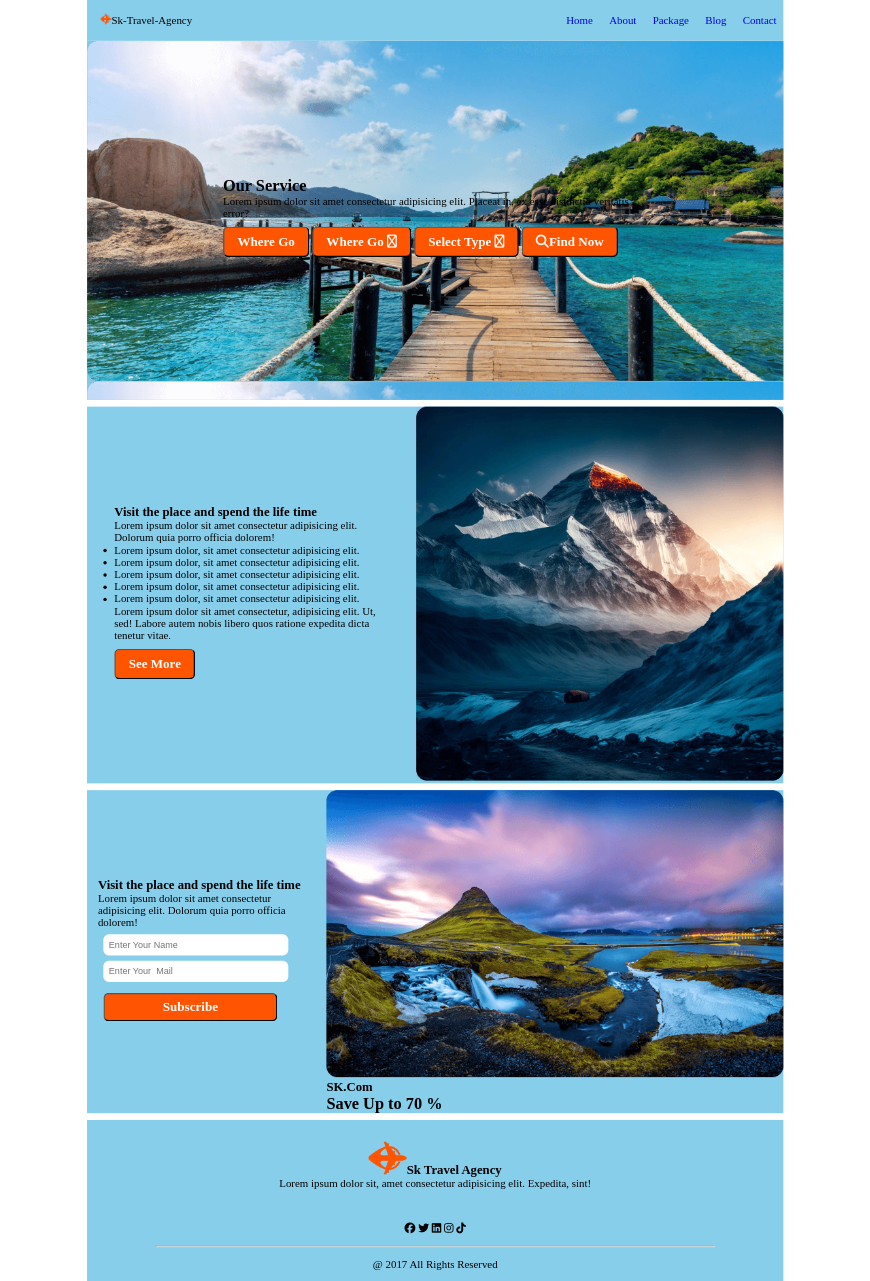
Repository: sumonkumarsarkar/Sk-Travel-Agency-
Page: index.html
These files come from the project's save history. The page is drawn as it stood at one moment and after the next save; the edit follows.
The browser window is 1280 px wide. The pictures show the whole page, at 68% of full size.

Above is the page before, as saved 2024-01-17 06:20:59.

### index.html
<!DOCTYPE html>
<html lang="en">
<head>
    <meta charset="UTF-8">
    <meta name="viewport" content="width=device-width, initial-scale=1.0">
    <title>Sk-Travel-Agency</title>
    <link rel="stylesheet" href="./style.css">

    <link rel="stylesheet" href="https://cdnjs.cloudflare.com/ajax/libs/font-awesome/6.5.1/css/all.min.css" integrity="sha512-DTOQO9RWCH3ppGqcWaEA1BIZOC6xxalwEsw9c2QQeAIftl+Vegovlnee1c9QX4TctnWMn13TZye+giMm8e2LwA==" crossorigin="anonymous" referrerpolicy="no-referrer" />
</head>
<body>
    <header>
         <div class="container">
            <nav>
                <div class="icon-header">
                    <p> <span><img src="./Images/Group 40071 (2).png" alt=""></span>Sk-Travel-Agency</p>
                </div>
                <div class="menu-header">
                    <ul>
                        <li><a href="#">Home</a></li>
                        <li><a href="#">About</a></li>
                        <li><a href="#">Package</a></li>
                        <li><a href="#">Blog</a></li>
                        <li><a href="#">Contact</a></li>
                    </ul>
                </div>
            </nav>
         </div>


<div class="container">
    <div class="banner-section">
        <h2>Our Service</h2>
        <p>Lorem ipsum dolor sit amet consectetur adipisicing elit. Placeat in, ex esse distinctio veritatis error?</p>
        <div class="banner-botton">
            <button type="button">Where Go</button>
            <button type="button">Where Go <span><i class="fa-regular fa-angle-down"></i></span></button>
            <button type="button">Select Type <span><i class="fa-regular fa-angle-down"></i></span></button>
            <button type="button"> <span><i class="fa-solid fa-magnifying-glass"></i></span>Find Now</button>
           </div>
       </div>

</div>

    </header>



    <main>

        <!-- place part start  -->

<div class="container">
    <div class="container-item">
        <div class="text-item">
         <h3>Visit the place and spend the life time</h3>
         <p>Lorem ipsum dolor sit amet consectetur adipisicing elit. Dolorum quia porro officia dolorem!</p>
         <ul>
            <li><p>Lorem ipsum dolor, sit amet consectetur adipisicing elit.</p></li>
            <li><p>Lorem ipsum dolor, sit amet consectetur adipisicing elit.</p></li>
            <li><p>Lorem ipsum dolor, sit amet consectetur adipisicing elit.</p></li>
            <li><p>Lorem ipsum dolor, sit amet consectetur adipisicing elit.</p></li>
            <li><p>Lorem ipsum dolor, sit amet consectetur adipisicing elit.</p></li>
         </ul>
         <p>Lorem ipsum dolor sit amet consectetur, adipisicing elit. Ut, sed! Labore autem nobis libero quos ratione expedita dicta tenetur vitae.</p>
         <button type="button">See More</button>
        </div>
        <div class="container-img-item">
            <img src="./Images/Rectangle 4.png" alt="">
        </div>
    </div>
</div>


 <!-- place part end  -->


 <div class="container">
    <div class="container-item">
        <div class="text-form">
         <h3>Visit the place and spend the life time</h3>
         <p>Lorem ipsum dolor sit amet consectetur adipisicing elit. Dolorum quia porro officia dolorem!</p>

         <form>
            <input type="text" placeholder="Enter Your Name">
            <input type="text" placeholder="Enter Your  Mail">
         </form>
         <button type="button">Subscribe</button>
        </div>
        <div class="container-img-item">
            <img src="./Images/Rectangle 8 (1).png" alt="">
            <h3>SK.Com</h3>
            <h2>Save Up to 70 %</h2>
        </div>
    </div>
</div>



<!-- form part start  -->




<!-- form part end  -->


    </main>









        <footer>
            <div class="container">

                    <div class="nornal-text">
                           <h3> <span><img src="./Images/Group 40071 (2).png" alt=""></span>Sk Travel Agency</h3>
                            <p>Lorem ipsum dolor sit, amet consectetur adipisicing elit. Expedita, sint!</p>
                    </div>

                <div class="icon-img">
                    <i class="fa-brands fa-facebook"></i>
                    <i class="fa-brands fa-twitter"></i>
                    <i class="fa-brands fa-linkedin"></i>
                    <i class="fa-brands fa-instagram"></i>
                    <i class="fa-brands fa-tiktok"></i>
                </div>

                <hr>

               <div class="last-text">
                 <p>@ 2017 All Rights Reserved</p>

               </div>


         </footer>





</body>
</html>

### style.css
*{
    margin: 0;
    padding: 0;
}



 /* main place part start  */
.container-item{
    display: flex;
    justify-content:space-around;
    align-items: center;
    margin: 10px auto;
}

.container-item .text-item{
    padding: 40px;
}

button{
color: #FFF;
text-align: center;
font-family: Mulish;
font-size: 1.2rem;
font-style: normal;
font-weight: 800;
padding: .6rem 1.2rem;
border-radius:.5rem;
background: #FF5400;
margin: 10px auto;

}



/* form part start  */

.text-form  form input{
    display: block;
    padding:.5rem;
    width: 80%;
    margin:.5rem;
    border: none;
    border-radius: .5rem;
}
.text-form{

    padding:.5rem;
    width: 80%;
    margin:.5rem;
}
.text-form button{

    padding:.5rem;
    width: 80%;
    margin:.5rem;
}



/* form part end  */




 /* main place part end */

/* header menu bar start  */




nav{
    display: flex;
    justify-content: space-between;
    align-items: center;
}
.icon-header{
    align-items: center;
    padding:20px;
}
.icon-header img{
    width: 1rem;
    height: 1rem;
}
.menu-header ul{
    list-style: none;

}
.menu-header ul li{
   display: inline-block;
   padding: 10px 10px;

}
.menu-header ul li a{
    text-decoration: none;
}

.banner-section{
    background-image: url("./Images/Group 13 (1) (1).png");

}
.banner-section{

    padding: 200px 200px;


}

/* header menu bar end  */


/* footer section start  */
.container{
 background: skyblue;
 margin: 1rem auto;
}
.container .nornal-text{
text-align: center;
padding: 2rem 2rem;


}.container .icon-img{
text-align: center;
padding: 1rem 2rem;


}
.container .last-text{
text-align: center;
padding: 1rem 2rem;


}
.container, hr{

width: 80%;
margin: 0 auto;


}



/* footer section end  */

After the next save:
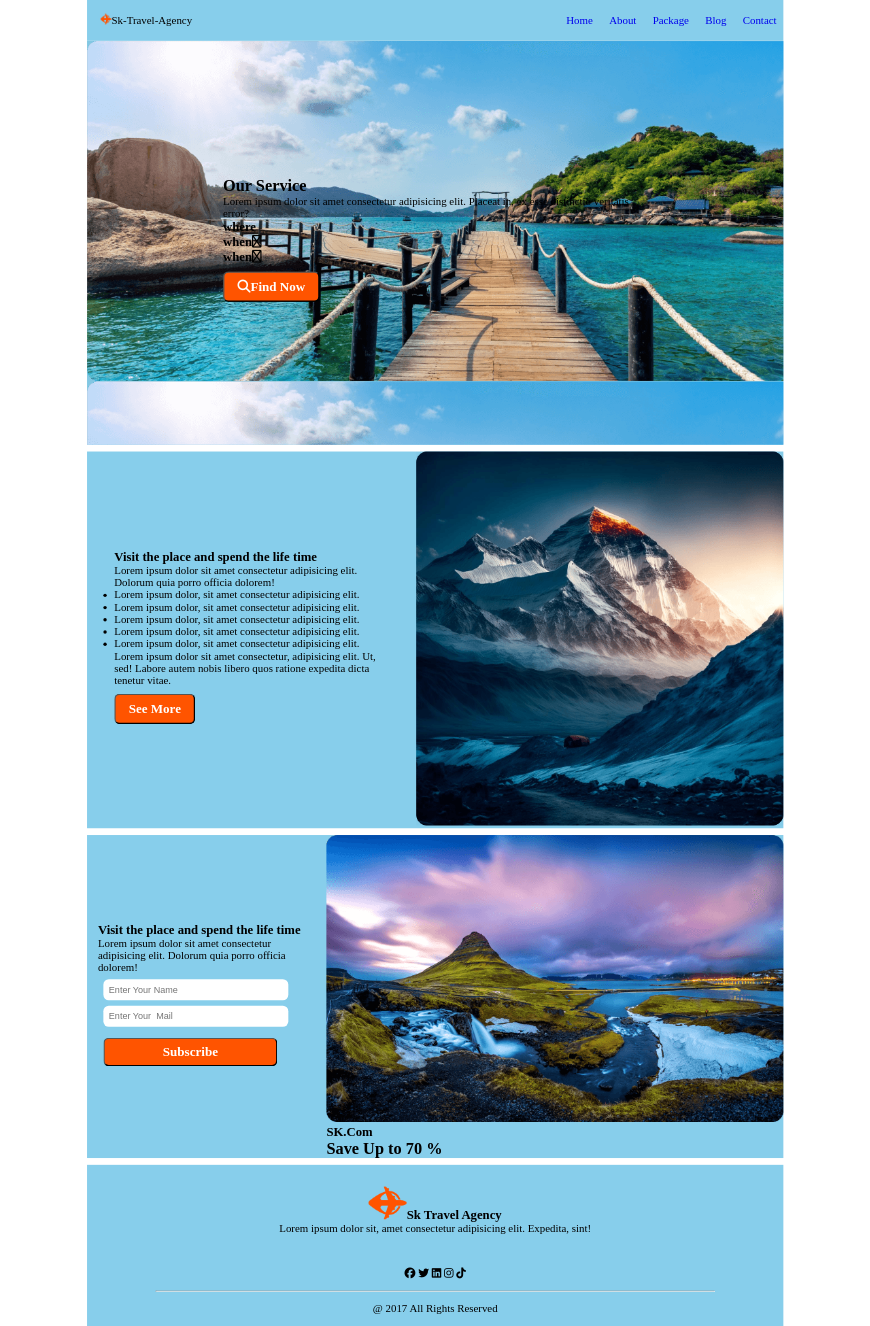
Saved 108 s later.
--- a/index.html
+++ b/index.html
@@ -33,9 +33,10 @@
         <h2>Our Service</h2>
         <p>Lorem ipsum dolor sit amet consectetur adipisicing elit. Placeat in, ex esse distinctio veritatis error?</p>
         <div class="banner-botton">
-            <button type="button">Where Go</button>
-            <button type="button">Where Go <span><i class="fa-regular fa-angle-down"></i></span></button>
-            <button type="button">Select Type <span><i class="fa-regular fa-angle-down"></i></span></button>
+         <h3>where </h3>
+         <h3>when<span><i class="fa-regular fa-angle-down"></i></span></h3>
+         <h3>when<span><i class="fa-regular fa-angle-down"></i></span></h3>
+
             <button type="button"> <span><i class="fa-solid fa-magnifying-glass"></i></span>Find Now</button>
            </div>
        </div>
